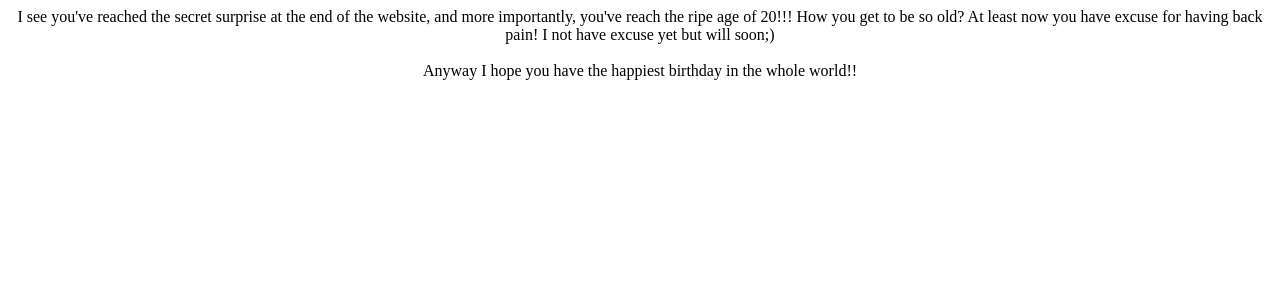
Repository: ir1998/cs201
Page: haley_website/WebContent/bday.html
An editor plug-in stored every save of this project. The page is shown before and after the next save, followed by the edit.
The browser window is 1280 px wide. The pictures show the whole page.

Above is the page before, as saved 2017-05-09 04:56:13.

After the next save:
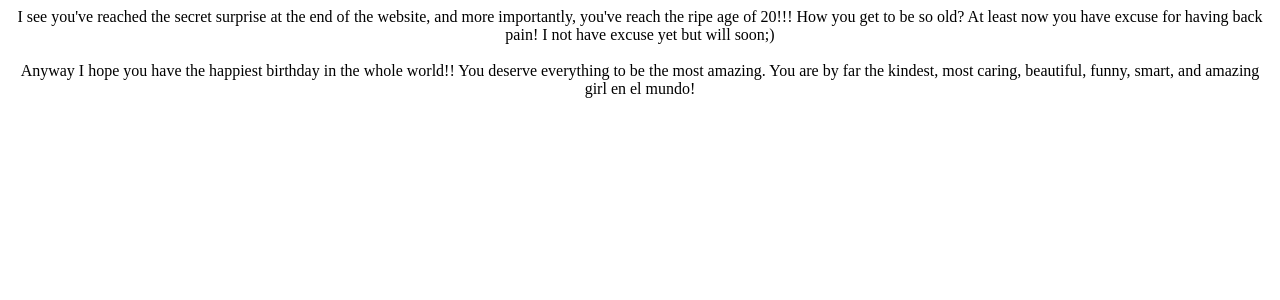
Saved 70 s later.
--- a/haley_website/WebContent/bday.html
+++ b/haley_website/WebContent/bday.html
@@ -11,6 +11,8 @@
 		pain! I not have excuse yet but will soon;)</center>
 	<br>
 	<center>Anyway I hope you have the happiest birthday in the
-		whole world!!</center>
+		whole world!! You deserve everything to be the most amazing. You are
+		by far the kindest, most caring, beautiful, funny, smart, and amazing
+		girl en el mundo!</center>
 </body>
 </html>
